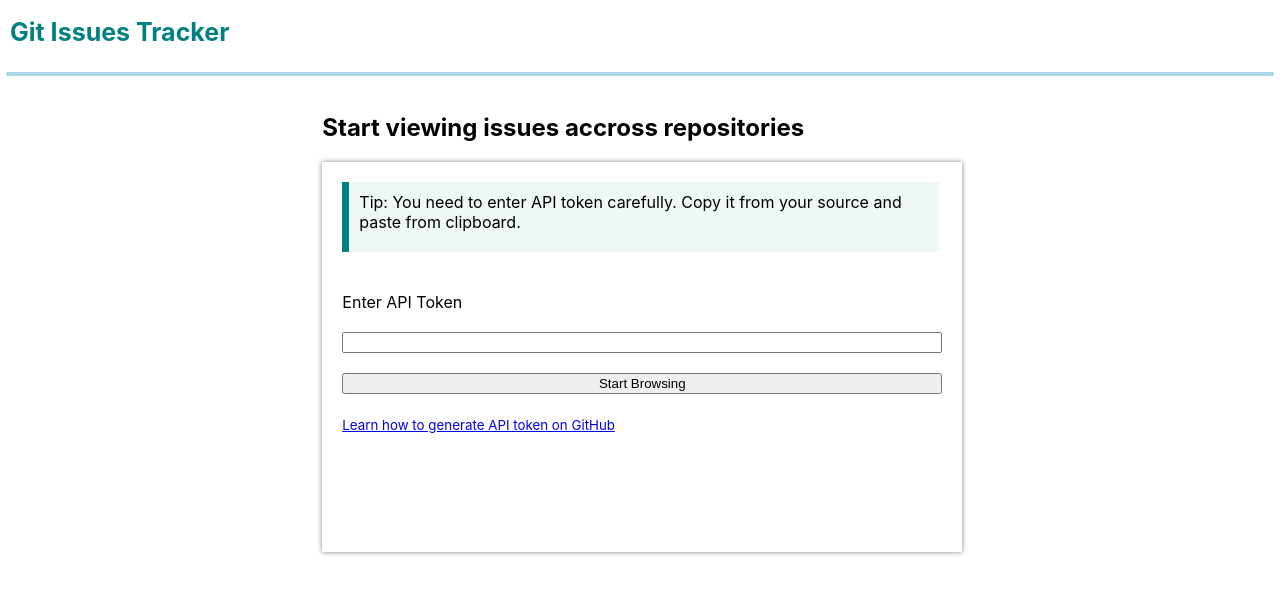
Repository: duzzisantos/github-repos-react-graphql
Page: /start
The author's editor kept a copy of each file at every save. The page is drawn from the files as they stood at one save, then again after the next save.
The browser window is 1280 px wide. The page is 1285 px wide, so the pictures cover 1285 px, including what lies to the right of the window. The pictures show the whole page.
The project was rebuilt for these pictures with package versions that can differ from the ones it lists, and the page was loaded fresh each time. Also part of the build but not shown: src/App.css, src/components/table/Filters.tsx, src/components/table/Pagination.tsx, src/components/table/TableComponent.tsx, src/components/table/columnHelpers.ts, src/utilities/funtions.ts, src/pages/Repositories.tsx, src/components/cards/Cards.tsx and 1 more.

Above is the page before, as saved 2024-06-17 17:46:49.

### src/index.tsx
import React from "react";
import ReactDOM from "react-dom/client";
import "./index.css";
import App from "./App";
import reportWebVitals from "./reportWebVitals";
import { BrowserRouter } from "react-router-dom";
import { ApolloProvider } from "@apollo/client";
import client from "./api/apolloClient";

const root = ReactDOM.createRoot(
  document.getElementById("root") as HTMLElement
);
root.render(
  <React.StrictMode>
    <BrowserRouter>
      <ApolloProvider client={client}>
        <App />
      </ApolloProvider>
    </BrowserRouter>
  </React.StrictMode>
);

// If you want to start measuring performance in your app, pass a function
// to log results (for example: reportWebVitals(console.log))
// or send to an analytics endpoint. Learn more: https://bit.ly/CRA-vitals
reportWebVitals();

### src/App.tsx
import React from "react";
import "./App.scss";
import "./App.css";
import { Routes, Route } from "react-router-dom";
import StartPage from "./pages/StartPage";
import Repositories from "./pages/Repositories";
import ViewRepository from "./pages/ViewRepository";

function App() {
  return (
    <div className="App">
      <h1>Git Issues Tracker</h1>
      <hr />

      <Routes>
        <Route path="/" element={<StartPage />} />
        <Route path="/start" element={<StartPage />} />
        <Route path="/repositories" element={<Repositories />} />
        <Route path="/owner/repositoryName" element={<ViewRepository />} />
      </Routes>
    </div>
  );
}

export default App;

### src/api/apolloClient.ts
import { ApolloClient, InMemoryCache, createHttpLink } from "@apollo/client";
import { setContext } from "@apollo/client/link/context";

const http = createHttpLink({
  uri: "https://api.github.com/graphql",
});

const auth = setContext((_, { headers }) => {
  const apiToken = localStorage.getItem("authToken");

  return {
    headers: {
      ...headers,
      authorization: `Bearer ${apiToken}`,
    },
  };
});

const client = new ApolloClient({
  link: auth.concat(http),
  cache: new InMemoryCache(),
});

export default client;

### src/App.scss
.App {
  display: flex;
  flex-direction: column;
}

.container {
  width: 98.8%;
  padding: 10px 10px;
  display: flex;
  justify-content: center;
  bottom: 0;
  margin-left: auto;
}

h1 {
  font-size: 25px;
  padding: 0 10px;
  color: teal;
}

hr {
  border: 2px solid lightblue;
  width: 98.8%;
}

form {
  width: 600px;
  height: 350px;

  box-shadow: 0px 0px 5px gray;
  padding: 20px 20px;
}

.form-group {
  display: flex;
  flex-direction: column;
}

.user-tip {
  height: 50px;
  width: 95%;
  padding: 10px 10px;
  margin-bottom: 40px;
  border-left: 7px solid teal;
  background-color: rgb(239, 247, 247);
}

label,
input,
.primary-btn {
  margin-bottom: 20px;
}

### src/pages/StartPage.tsx
import React from "react";
import Container from "src/components/Container";
import Form from "src/components/Form";

const StartPage = () => {
  return (
    <Container
      pageSubTitle="Start viewing issues accross repositories"
      children={<Form />}
    />
  );
};

export default StartPage;

### src/components/Container.tsx
import React from "react";

interface ContainerProps {
  pageSubTitle: string;
  repositoryOwner?: string;
  children: any;
}

const Container = ({
  pageSubTitle,
  children,
  repositoryOwner,
}: ContainerProps) => {
  return (
    <main className="container">
      <section>
        <h2>{pageSubTitle}</h2>
        <h3>{repositoryOwner}</h3>
        {children}
      </section>
    </main>
  );
};

export default Container;

### src/components/Form.tsx
import React, { useState } from "react";
import { useNavigate } from "react-router-dom";
import { useLazyQuery } from "@apollo/client";
import { GET_ALL_REPOSITORIES } from "src/api/queryhelper";
//We need to specify the types of data we would be utilizing as state

const Form = () => {
  const [apiToken, setApiToken] = useState("");
  const [apiPayLoad, setApiPayload] = useState([]);
  const [getRepositories, { loading, error, data }] =
    useLazyQuery(GET_ALL_REPOSITORIES);

  const navigate = useNavigate();

  const handleChange = (e: any) => {
    setApiToken(e.target.value);
  };

  const handleSubmit = () => {
    localStorage.setItem("authToken", apiToken);

    //We make the GraphQL API call here
    getRepositories()
      .then((res: any) => {
        console.log(res.data);
        setApiPayload(res.data.viewer.repositories.nodes);
      })
      .catch((err) => {
        console.warn(err?.message);
      });
  };

  if (data) {
    navigate("/repositories", {
      state: {
        //this is the result we want to consume as we navigate to the /repositories route
        data: data.viewer.repositories.nodes,
        error: error,
        loading: loading,
        apiPayLoad,
      },
    });
  }

  return (
    <form>
      <div className="user-tip">
        Tip: You need to enter API token carefully. Copy it from your source and
        paste from clipboard.
      </div>

      <div className="form-group">
        <label htmlFor="apiToken">Enter API Token</label>
        <input
          type="text"
          name="apiToken"
          value={apiToken}
          onChange={handleChange}
        />
        <button className="primary-btn" type="button" onClick={handleSubmit}>
          Start Browsing
        </button>

        <strong>{error && error.message}</strong>
      </div>
      <small className="form-text" id="info">
        <a
          title="Read short documentation"
          href="https://docs.github.com/en/authentication/keeping-your-account-and-data-secure/managing-your-personal-access-tokens"
        >
          Learn how to generate API token on GitHub
        </a>
      </small>
    </form>
  );
};

export default Form;

### src/api/queryhelper.ts
import { gql } from "@apollo/client";

const GET_ALL_REPOSITORIES = gql`
  query {
    viewer {
      repositories(first: 50) {
        nodes {
          id
          name
          owner {
            login
          }
          visibility
          stargazerCount
          forkCount
          url
          issues {
            totalCount
          }
          licenseInfo {
            name
          }
          updatedAt
          createdAt
        }
      }
    }
  }
`;

const GET_REPOSITORY_BY_NAME = gql`
  query ($name: NAME!) {
    node(name: $name) {
      ... on Repository {
        id
        name
        owner {
          login
        }
        visibility
        stargazerCount
        forkCount
        url
        issues {
          totalCount
        }
        licenseInfo {
          name
        }
        updatedAt
        createdAt
      }
    }
  }
`;

export { GET_ALL_REPOSITORIES, GET_REPOSITORY_BY_NAME };

Loaded but not shown: public/index.html (common file); src/index.css (common file); src/reportWebVitals.ts (common file)

After the next save:
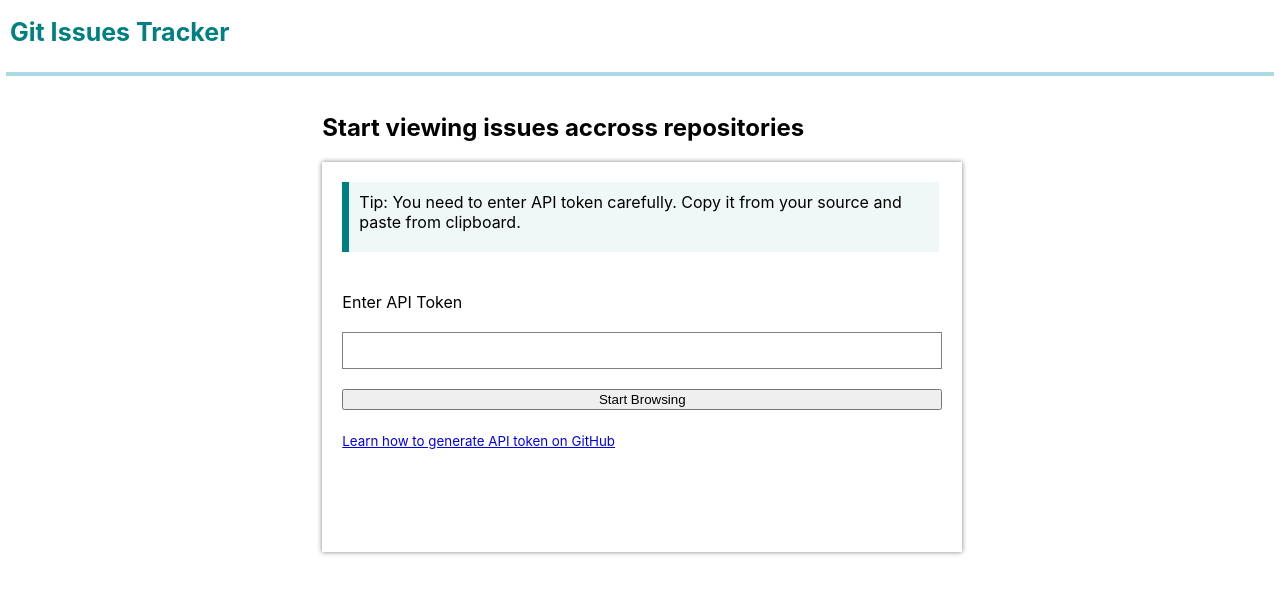
Saved 62 s later.
--- a/src/App.scss
+++ b/src/App.scss
@@ -50,3 +50,8 @@ input,
 .primary-btn {
   margin-bottom: 20px;
 }
+
+input {
+  padding: 10px;
+  border: 1px solid gray;
+}
